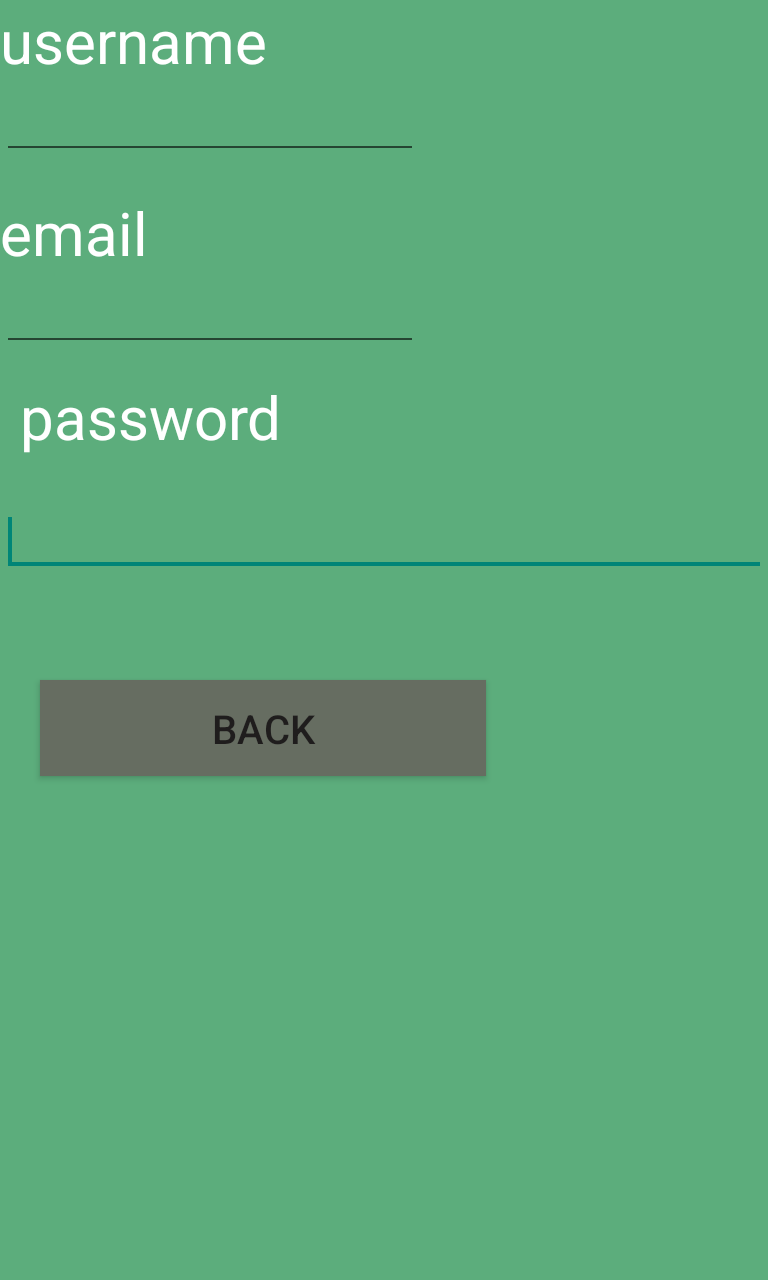
Repository: janemuthoni/icon
Layout: Exam/res/layout/login.xml
An editor plug-in stored every save of this project. The layout is shown before and after the next save, followed by the edit.
It is drawn on a 768 x 1280 px phone screen (xhdpi) without system bars, with theme AppTheme; the app's code is not run.

Above is the layout before, as saved 2014-08-07 09:20:16.

### Exam/res/layout/login.xml
<?xml version="1.0" encoding="utf-8"?>
<LinearLayout xmlns:android="http://schemas.android.com/apk/res/android"
    android:layout_width="match_parent"
    android:layout_height="match_parent"
    android:orientation="vertical"
    android:background="@color/cyan">
     <TextView
           android:id="@+id/tvusername"
           android:layout_width="wrap_content"
           android:layout_height="wrap_content"
           android:text="@string/Username"
           android:textSize="30sp"
           android:textColor="@color/white" />

       <EditText
           android:id="@+id/etusername"
           android:layout_width="wrap_content"
           android:layout_height="wrap_content"
           android:ems="10"
           android:inputType="textPersonName" />

       <TextView
           android:id="@+id/tvemail"
           android:text="@string/email"
           android:textColor="@color/white"
           android:layout_width="wrap_content"
           android:layout_height="wrap_content"
           android:layout_marginTop="14dp"
           android:textSize="30sp" />

       <EditText
           android:id="@+id/etemail"
           android:layout_width="wrap_content"
           android:layout_height="wrap_content"
           android:ems="10"
           android:inputType="textEmailAddress" />

   <TextView
     android:id="@+id/tvpassword"
     android:layout_width="wrap_content"
     android:layout_height="wrap_content"
     android:text="@string/password"
     android:textSize="30sp"
     android:textColor="@color/white"
     android:layout_margin="10dp"/>

   <EditText
       android:id="@+id/editText2"
       android:layout_width="match_parent"
       android:layout_height="wrap_content"
       android:layout_marginTop="10dp"
       android:ems="10"
       android:inputType="textPassword" >

       <requestFocus />
   </EditText>


      <Button
          android:id="@+id/buttonback"
          android:layout_width="223dp"
          android:layout_height="wrap_content"
          android:layout_marginLeft="20dp"
          android:layout_marginTop="50dp"
          android:background="@color/darkgrey"
          android:text="@string/buttonback"
          android:textColor="@color/black"
          android:textSize="20sp" />

</LinearLayout>

### Exam/res/values/color.xml
<?xml version="1.0" encoding="utf-8"?>
<resources>
     <color name="grey">#A49F99</color>
      <color name="blue">#170674</color>
      <color name="green">#C81B1B</color>
      <color name="lightgreen">#7FDC33</color>
      <color name="darkgrey">#666D61</color>
      <color name="white">#FFFFFF</color>
      <color name="black">#1F1D1D</color>
      <color name="pink">#E1FBA2F7</color>
      <color name="lightgrey">#EBE0E3</color>
      <color name="cyan">#5CAD7C</color>
      <color name="greengrass">#08893C</color>
      <color name="yellow">#FDFF4F</color>
      <color name="violet">#7D0E2F</color>


</resources>

### Exam/res/values/strings.xml
<?xml version="1.0" encoding="utf-8"?>
<resources>

    <string name="app_name">Exam</string>
    <string name="hello_world">Hello world!</string>
    <string name="action_settings">Settings</string>
    <string name="firstname">firstname</string>
    <string name="email">email</string>
    <string name="password">password</string>
    <string name="Username">username</string>
    <string name="buttonregister">Register</string>
    <string name="buttonLogin">Login</string>
    <string name="buttonback">back</string>
    <string name="buttonverify">Verify</string>
    <string name="btndisplay">display</string>
    <string name="title_activity_register">RegisterActivity</string>
    <string name="title_activity_main">MainActivity</string>
    <string name="title_activity_welcome">WelcomeActivity</string>

</resources>

Loaded but not shown: Exam/res/values/styles.xml (common file); Exam/res/values-v11/styles.xml (common file); Exam/res/values-v14/styles.xml (common file)

After the next save:
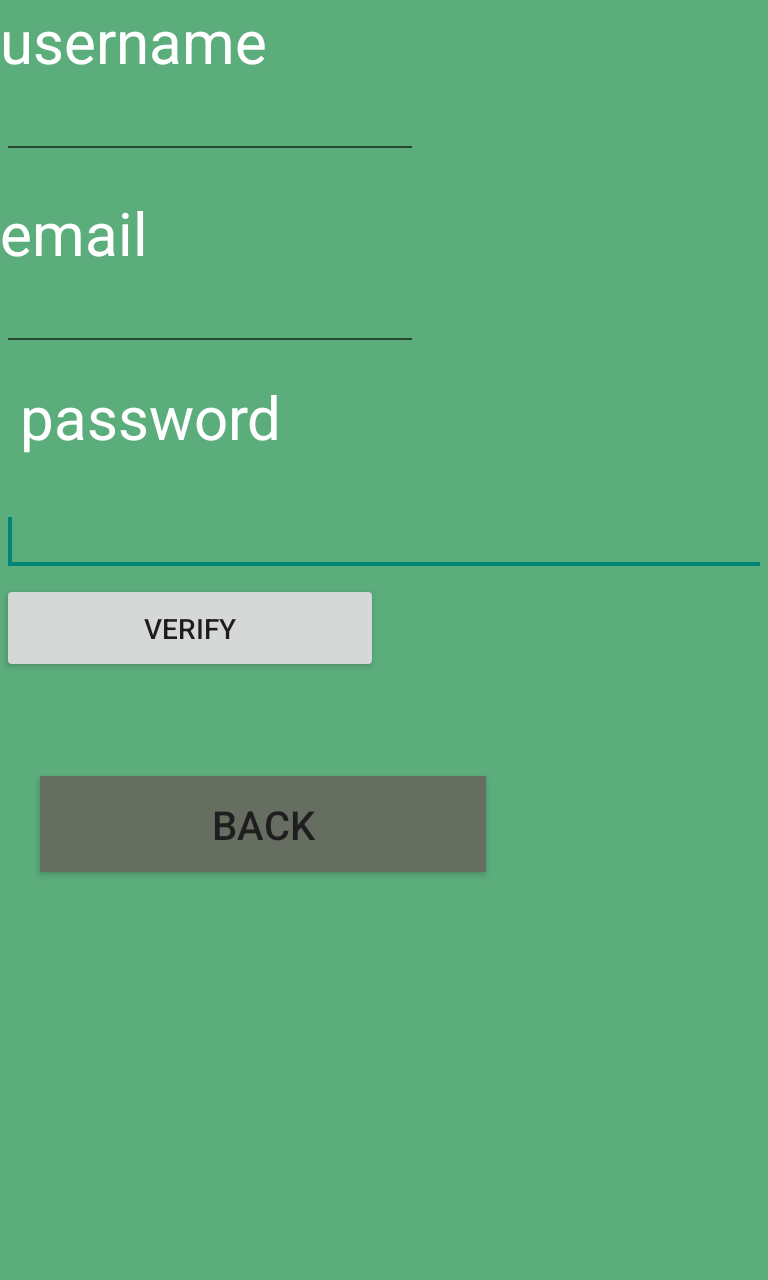
Saved 64 s later.
--- a/Exam/res/layout/login.xml
+++ b/Exam/res/layout/login.xml
@@ -55,6 +55,11 @@
        <requestFocus />
    </EditText>
 
+   <Button
+       android:id="@+id/btnVerify"
+       android:layout_width="190dp"
+       android:layout_height="wrap_content"
+       android:text="@string/buttonverify" />
 
       <Button
           android:id="@+id/buttonback"
